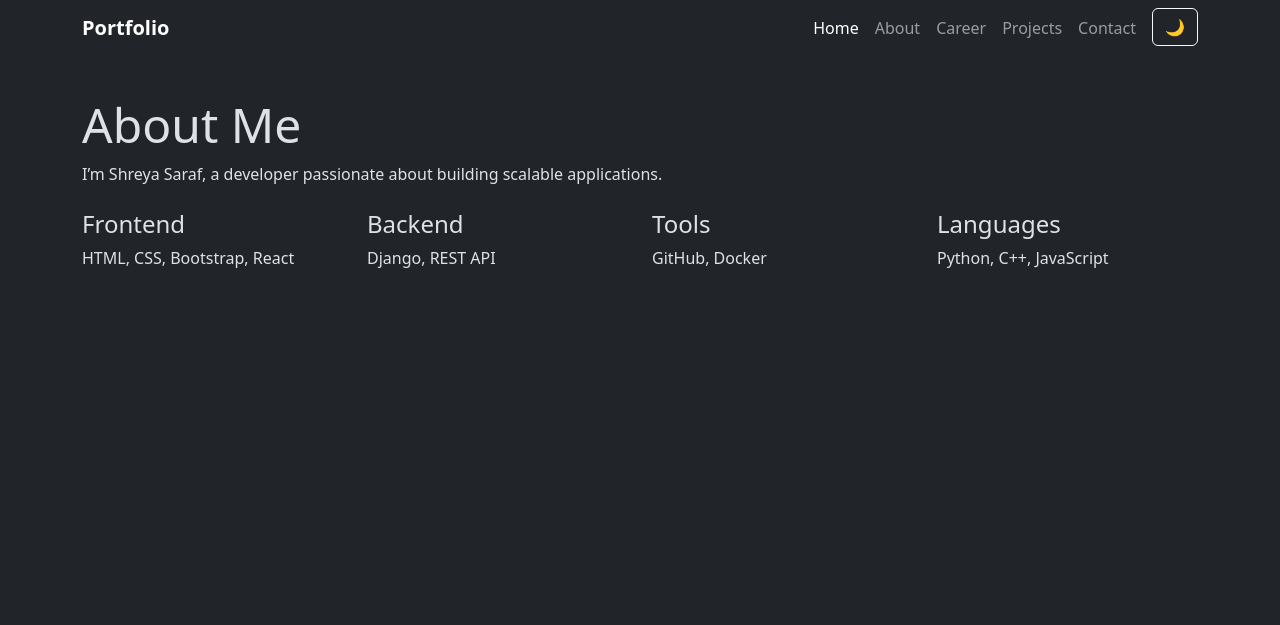
Repository: Shreyasaraf01/shreya-portfolio
Page: http://localhost/about/
The author's editor kept a copy of each file at every save. The page is drawn from the files as they stood at one save, then again after the next save.
The browser window is 1280 px wide. The pictures show the whole page.
The page is served by the project's application, run on Django 5.2 (manage.py). Other server files are loaded and not shown.

Above is the page before, as saved 2025-09-13 22:16:54.

### main/templates/main/about.html
{% extends "base.html" %}
{% block content %}
<h2 class="display-5">About Me</h2>
<p>I’m Shreya Saraf, a developer passionate about building scalable applications.</p>
<div class="row mt-4">
  <div class="col-md-3"><h4>Frontend</h4><p>HTML, CSS, Bootstrap, React</p></div>
  <div class="col-md-3"><h4>Backend</h4><p>Django, REST API</p></div>
  <div class="col-md-3"><h4>Tools</h4><p>GitHub, Docker</p></div>
  <div class="col-md-3"><h4>Languages</h4><p>Python, C++, JavaScript</p></div>
</div>
{% endblock %}

### main/templates/base.html
<!DOCTYPE html>
<html lang="en" data-bs-theme="dark">
<head>
  <meta charset="UTF-8">
  <title>Portfolio</title>
  {% load static %}
  <link href="https://cdn.jsdelivr.net/npm/bootstrap@5.3.3/dist/css/bootstrap.min.css" rel="stylesheet">
  <script src="{% static 'js/theme.js' %}" defer></script>
</head>
<body>
  <!-- Navbar -->
  <nav class="navbar navbar-expand-lg navbar-dark bg-dark fixed-top">
    <div class="container">
      <a class="navbar-brand fw-bold" href="/">Portfolio</a>
      <button class="navbar-toggler" type="button" data-bs-toggle="collapse" data-bs-target="#navbarNav" aria-controls="navbarNav" aria-expanded="false" aria-label="Toggle navigation">
        <span class="navbar-toggler-icon"></span>
      </button>
      <div class="collapse navbar-collapse" id="navbarNav">
        <ul class="navbar-nav ms-auto">
          <li class="nav-item"><a class="nav-link active" href="/">Home</a></li>
          <li class="nav-item"><a class="nav-link" href="/about/">About</a></li>
          <li class="nav-item"><a class="nav-link" href="/education/">Career</a></li>
          <li class="nav-item"><a class="nav-link" href="/projects/">Projects</a></li>
          <li class="nav-item"><a class="nav-link" href="/contact/">Contact</a></li>
          <li class="nav-item">
            <button class="btn btn-outline-light ms-2" id="theme-toggle">🌙</button>
          </li>
        </ul>
      </div>
    </div>
  </nav>

  <!-- Main Content Container -->
  <div class="container py-5 mt-5">
    {% block content %}{% endblock %}
  </div>

  <script src="https://cdn.jsdelivr.net/npm/bootstrap@5.3.3/dist/js/bootstrap.bundle.min.js"></script>
</body>
</html>

### main/views.py
from django.shortcuts import render, redirect
from django.core.mail import send_mail
from django.conf import settings

def index(request):
    return render(request, "main/index.html")

def about(request):
    return render(request, "main/about.html")

def education(request):
    return render(request, "main/education.html")

def projects(request):
    return render(request, "main/projects.html")

def contact(request):
    if request.method == "POST":
        name = request.POST.get("name")
        email = request.POST.get("email")
        message = request.POST.get("message")

        send_mail(
            subject=f"Portfolio Contact from {name}",
            message=f"From: {email}\n\n{message}",
            from_email=settings.DEFAULT_FROM_EMAIL,
            recipient_list=[settings.CONTACT_EMAIL],
        )
        return redirect("home")

    return render(request, "main/contact.html")

### shreya_portfolio/urls.py
"""
URL configuration for shreya_portfolio project.

The `urlpatterns` list routes URLs to views. For more information please see:
    https://docs.djangoproject.com/en/5.1/topics/http/urls/
Examples:
Function views
    1. Add an import:  from my_app import views
    2. Add a URL to urlpatterns:  path('', views.home, name='home')
Class-based views
    1. Add an import:  from other_app.views import Home
    2. Add a URL to urlpatterns:  path('', Home.as_view(), name='home')
Including another URLconf
    1. Import the include() function: from django.urls import include, path
    2. Add a URL to urlpatterns:  path('blog/', include('blog.urls'))
"""
from django.contrib import admin
from django.urls import path, include

urlpatterns = [
    path('admin/', admin.site.urls),
    path("", include("main.urls")),
]

### main/urls.py
from django.urls import path
from . import views

urlpatterns = [
    path("", views.index, name="home"),
    path("about/", views.about, name="about"),
    path("career/", views.education, name="education"),
    path("projects/", views.projects, name="projects"),
    path("contact/", views.contact, name="contact"),
]

### main/static/js/theme.js
document.addEventListener("DOMContentLoaded", () => {
  const toggle = document.getElementById("theme-toggle");
  if (!toggle) return;

  toggle.addEventListener("click", () => {
    const html = document.documentElement;
    const current = html.getAttribute("data-bs-theme");
    const next = current === "dark" ? "light" : "dark";
    html.setAttribute("data-bs-theme", next);
    localStorage.setItem("theme", next);
    toggle.textContent = next === "dark" ? "🌙" : "☀️";
  });

  // persist user choice
  const saved = localStorage.getItem("theme");
  if (saved) {
    document.documentElement.setAttribute("data-bs-theme", saved);
    toggle.textContent = saved === "dark" ? "🌙" : "☀️";
  }
});

After the next save:
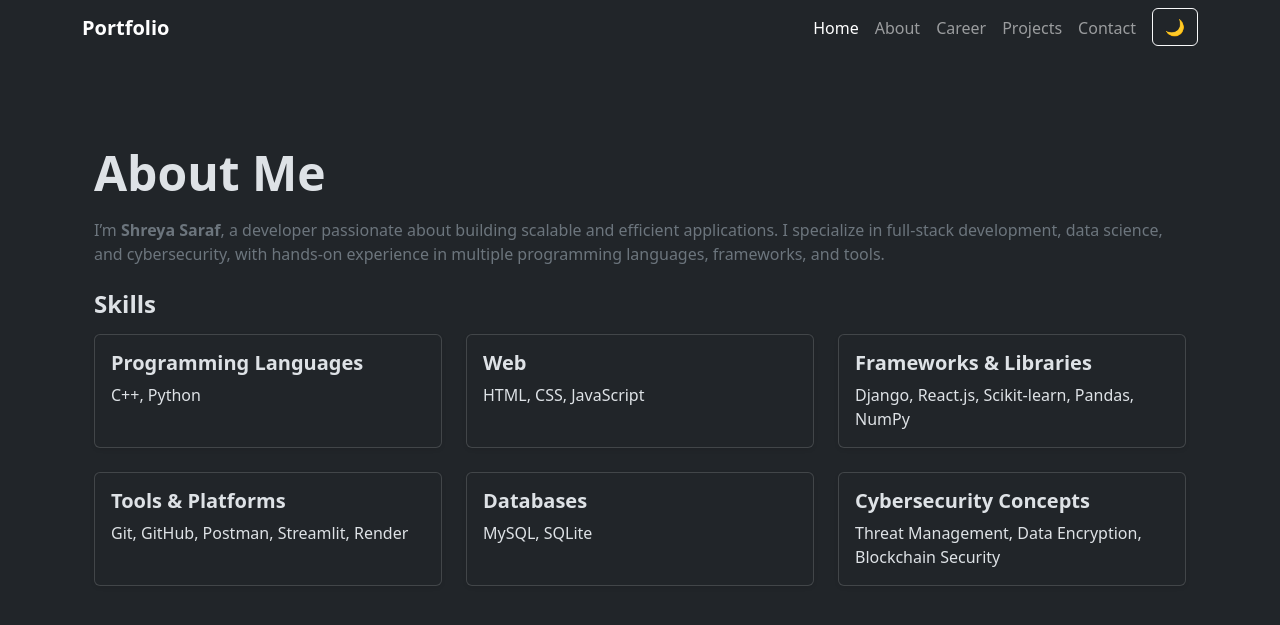
Saved 2 min 20 s later.
--- a/main/templates/main/about.html
+++ b/main/templates/main/about.html
@@ -1,11 +1,75 @@
 {% extends "base.html" %}
 {% block content %}
-<h2 class="display-5">About Me</h2>
-<p>I’m Shreya Saraf, a developer passionate about building scalable applications.</p>
-<div class="row mt-4">
-  <div class="col-md-3"><h4>Frontend</h4><p>HTML, CSS, Bootstrap, React</p></div>
-  <div class="col-md-3"><h4>Backend</h4><p>Django, REST API</p></div>
-  <div class="col-md-3"><h4>Tools</h4><p>GitHub, Docker</p></div>
-  <div class="col-md-3"><h4>Languages</h4><p>Python, C++, JavaScript</p></div>
+<div class="container py-5">
+  <!-- Header -->
+  <h2 class="display-5 fw-bold mb-3">About Me</h2>
+  <p class="fs-6 text-secondary mb-4">
+    I’m <strong>Shreya Saraf</strong>, a developer passionate about building scalable and efficient applications.
+    I specialize in full-stack development, data science, and cybersecurity, with hands-on experience in multiple programming languages, frameworks, and tools.
+  </p>
+
+  <!-- Skills Section -->
+  <h3 class="h4 fw-bold mb-3">Skills</h3>
+  <div class="row g-4">
+    <!-- Programming Languages -->
+    <div class="col-md-4">
+      <div class="card shadow-sm h-100">
+        <div class="card-body">
+          <h5 class="card-title fw-bold">Programming Languages</h5>
+          <p class="card-text">C++, Python</p>
+        </div>
+      </div>
+    </div>
+
+    <!-- Web -->
+    <div class="col-md-4">
+      <div class="card shadow-sm h-100">
+        <div class="card-body">
+          <h5 class="card-title fw-bold">Web</h5>
+          <p class="card-text">HTML, CSS, JavaScript</p>
+        </div>
+      </div>
+    </div>
+
+    <!-- Frameworks & Libraries -->
+    <div class="col-md-4">
+      <div class="card shadow-sm h-100">
+        <div class="card-body">
+          <h5 class="card-title fw-bold">Frameworks & Libraries</h5>
+          <p class="card-text">Django, React.js, Scikit-learn, Pandas, NumPy</p>
+        </div>
+      </div>
+    </div>
+
+    <!-- Tools & Platforms -->
+    <div class="col-md-4">
+      <div class="card shadow-sm h-100">
+        <div class="card-body">
+          <h5 class="card-title fw-bold">Tools & Platforms</h5>
+          <p class="card-text">Git, GitHub, Postman, Streamlit, Render</p>
+        </div>
+      </div>
+    </div>
+
+    <!-- Databases -->
+    <div class="col-md-4">
+      <div class="card shadow-sm h-100">
+        <div class="card-body">
+          <h5 class="card-title fw-bold">Databases</h5>
+          <p class="card-text">MySQL, SQLite</p>
+        </div>
+      </div>
+    </div>
+
+    <!-- Cybersecurity Concepts -->
+    <div class="col-md-4">
+      <div class="card shadow-sm h-100">
+        <div class="card-body">
+          <h5 class="card-title fw-bold">Cybersecurity Concepts</h5>
+          <p class="card-text">Threat Management, Data Encryption, Blockchain Security</p>
+        </div>
+      </div>
+    </div>
+  </div>
 </div>
 {% endblock %}
